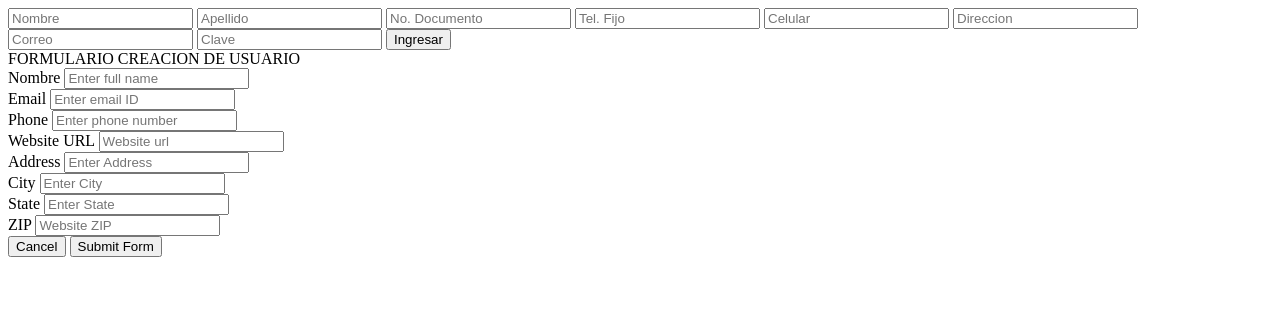
Repository: DA5CH25/kohaku_php
Page: http://localhost/kohaku_php/views/modules/ingresar.php
These files come from the project's save history. The page is drawn as it stood at one moment and after the next save; the edit follows.
The browser window is 1280 px wide. The pictures show the whole page.
The page is run by PHP 8.4 with error messages shown; the project is at /var/www/html/.

Above is the page before, as saved 2021-05-16 19:37:41.

After the next save:
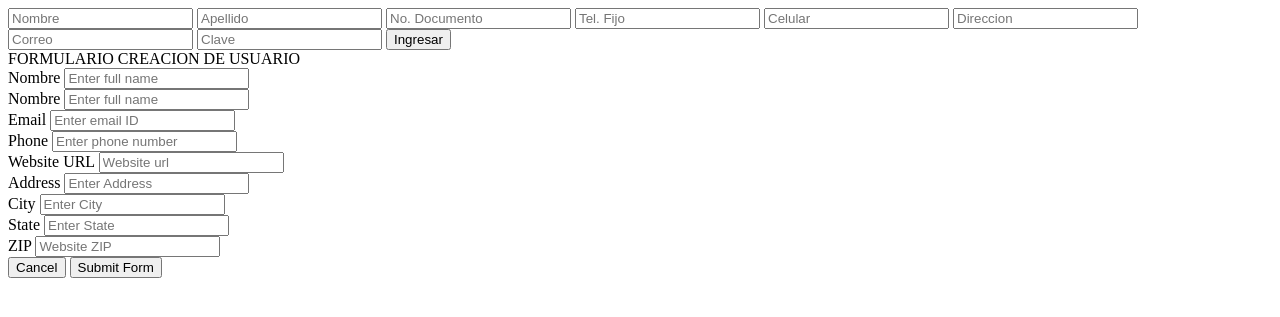
Saved 10 s later.
--- a/views/modules/ingresar.php
+++ b/views/modules/ingresar.php
@@ -26,6 +26,10 @@
 								<div class="card-body">
 									<div class="row gutters">
 										<div class="col-xl-6 col-lg-6 col-md-6 col-sm-6 col-12">
+											<div class="form-group">
+												<label for="fullName">Nombre</label>
+												<input type="text" class="form-control" id="fullName" placeholder="Enter full name">
+											</div>
 											<div class="form-group">
 												<label for="fullName">Nombre</label>
 												<input type="text" class="form-control" id="fullName" placeholder="Enter full name">
